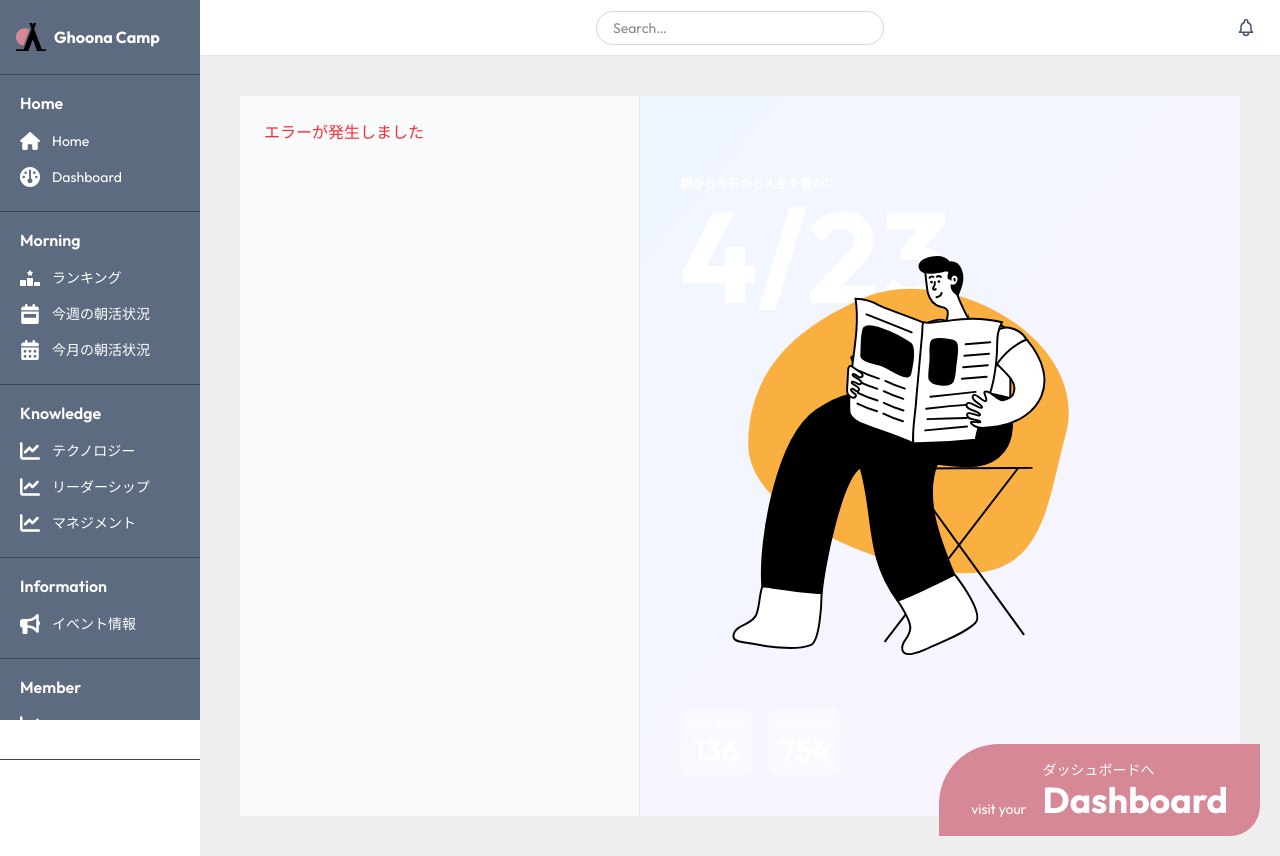
Repository: ShotaGhoona/ghoonacamp_platform
Page: /
These files come from the project's save history. The page is drawn as it stood at one moment and after the next save; the edit follows.
The browser window is 1280 px wide. The pictures show the whole page.
The page's requests for data from a server got no answer. The project was rebuilt for these pictures with package versions that can differ from the ones it lists, and the page was loaded fresh each time. The framework's server and built-in components were replaced by stand-ins that run in the browser. No one was signed in, and anything a server would have sent is missing. Also part of the build but not shown: next.config.js.

Above is the page before, as saved 2025-04-25 14:19:26.

### src/app/layout.tsx
import type { Metadata } from 'next';
import { Outfit } from 'next/font/google';
import './globals.css';
import Sidebar from '@/components/display/sidebar';
import Header from '@/components/display/header';
import { AuthProvider } from './providers';

const outfit = Outfit({ subsets: ['latin'] });

export const metadata: Metadata = {
  title: 'Ghoona Camp',
  description: 'Ghoona Camp Platform',
};

export default function RootLayout({
  children,
}: {
  children: React.ReactNode;
}) {
  return (
    <html lang="ja">
      <body className={outfit.className}>
        <AuthProvider>
          <div className="flex">
            <div className="w-[200px] transition-all duration-300">
              <Sidebar />
            </div>
            <div className="flex-1 flex flex-col min-h-screen">
              <Header />
              <main className=" bg-[#EEEEEE] flex-1 px-10 py-10">{children}</main>
            </div>
          </div>
        </AuthProvider>
      </body>
    </html>
  );
}

### src/app/page.tsx
import IndexPage from "@/features/home/home/display/index";

export default function Home() {
  return (
    <IndexPage />
  );
}

### src/components/display/sidebar.tsx
'use client';

import Link from 'next/link';
import { usePathname } from 'next/navigation';
import clsx from 'clsx';

const groups: { title: string; links: { href: string; label: string; icon: string }[] }[] = [
  {
    title: 'Home',
    links: [
      { href: '/home', label: 'Home', icon: '/svg/sidebarIcon/home.svg' },
      { href: '/home/dashboard', label: 'Dashboard', icon: '/svg/sidebarIcon/dashboard.svg' },
    ],
  },
  {
    title: 'Morning',
    links: [
      { href: '/morning/ranking', label: 'ランキング', icon: '/svg/sidebarIcon/ranking.svg' },
      { href: '/morning/weekend', label: '今週の朝活状況', icon: '/svg/sidebarIcon/week.svg' },
      { href: '/morning/month', label: '今月の朝活状況', icon: '/svg/sidebarIcon/month.svg' },
    ],
  },
  {
    title: 'Knowledge',
    links: [
      { href: '/knowledge/tech', label: 'テクノロジー', icon: '/svg/sidebarIcon/analysis.svg' },
      { href: '/knowledge/leadership', label: 'リーダーシップ', icon: '/svg/sidebarIcon/analysis.svg' },
      { href: '/knowledge/management', label: 'マネジメント', icon: '/svg/sidebarIcon/analysis.svg' },
    ],
  },
  {
    title: 'Information',
    links: [{ href: '/information/events', label: 'イベント情報', icon: '/svg/sidebarIcon/externalEvents.svg' }],
  },
  {
    title: 'Member',
    links: [{ href: '/members', label: 'GhoonaCamper', icon: '/svg/sidebarIcon/analysis.svg' }],
  },
];

export default function Sidebar() {
  const pathname = usePathname();

  return (
    <aside className="w-full h-screen bg-[#5D6B80] text-white">
      <div className="flex items-center gap-2 h-[75px] px-4 border-b border-[#374559]">
        <img src="/svg/logo.svg" alt="Ghoona Camp" className="w-[30px] h-[30px]" />
        <span className="font-bold">Ghoona Camp</span>
      </div>

      <nav>
        {groups.map((g) => (
          <div key={g.title} className="border-b border-[#374559] px-[20px] py-4">
            <p className="text-base font-semibold mb-2">
              {g.title}
            </p>
            {g.links.map((l) => (
              <Link
                key={l.href}
                href={l.href}
                className={clsx(
                  'flex items-center gap-3 py-2 text-sm',
                  pathname === l.href
                    ? 'bg-primary text-white'
                    : 'hover:bg-slate-600'
                )}
              >
                <img src={l.icon} alt={l.label} className="w-[20px] h-[20px]" />
                <span>{l.label}</span>
              </Link>
            ))}
          </div>
        ))}
      </nav>
    </aside>
  );
}

### src/components/display/header.tsx
'use client';

import Image from 'next/image';
import { useSession } from 'next-auth/react';

export default function Header() {
  const { data: session } = useSession();

  return (
    <header className="flex items-center justify-between h-14 px-6 border-b border-slate-200 bg-white">
      {/* 空白をあけて中央に検索バーを置くレイアウト */}
      <div className="flex-1" />

      <div className="flex-1 flex justify-center">
        {/* ダミー検索バー */}
        <input
          type="text"
          placeholder="Search…"
          className="w-72 rounded-full border border-slate-300 px-4 py-1.5 text-sm focus:outline-primary"
        />
      </div>

      <div className="flex-1 flex justify-end items-center gap-4">
        {/* 通知ベルなど置く予定ならここ */}
        <button className="relative">
          <span className="sr-only">Notifications</span>
          <svg
            className="w-5 h-5 text-slate-600"
            fill="none"
            stroke="currentColor"
            strokeWidth={1.8}
            viewBox="0 0 24 24"
          >
            <path
              strokeLinecap="round"
              strokeLinejoin="round"
              d="M15 17h5l-1.405-1.405A2.032 2.032 0 0118 14.158V11a6.002 6.002 0 00-4-5.659V4a2 2 0 10-4 0v1.341C7.67 6.165 6 8.388 6 11v3.159c0 .538-.214 1.055-.595 1.436L4 17h5m6 0v1a3 3 0 11-6 0v-1m6 0H9"
            />
          </svg>
        </button>

        {/* ユーザー情報 */}
        {session?.user && (
          <div className="flex items-center gap-3">
            <span className="text-sm font-medium text-slate-700">
              {session.user.name}
            </span>
            <Image
              src={session.user.image || "/avatar-placeholder.png"}
              alt={session.user.name || "Avatar"}
              width={32}
              height={32}
              className="rounded-full ring-1 ring-slate-300"
            />
          </div>
        )}
      </div>
    </header>
  );
}

### src/features/home/home/display/index.tsx
// コンポーネント
import Hero from "./hero";
import LeftNotice from "./leftNotice";

export default function IndexPage() {
  return (
    <div className="min-h-screen flex">
      {/* 左側: お知らせ */}
      <div className="w-[400px] h-screen bg-gray-50 border-r border-gray-200">
        <LeftNotice />
      </div>

      {/* 右側: メインコンテンツ */}
      <div className="flex-1 h-screen bg-gradient-to-br from-blue-50 to-purple-50">
        <Hero />
      </div>
    </div>
  );
}

### src/features/home/home/display/hero.tsx
// コンポーネント
import CornerCta from "../components/cornerCta";
// ページ遷移
import Link from "next/link";


export default function Hero() {
  return (
    <div className="w-full h-full p-10 flex flex-col justify-between relative">
        <div className="flex-1 text-white mt-10">
                <p className="text-xs font-bold">朝から今日から人生を豊かに</p>
                <p className="text-9xl font-bold">4/23</p>
        </div>
        <div className="flex gap-4">
            <div className="flex flex-col bg-[#ffffff55] rounded-[10px] p-2 text-white items-center">
                <p className="text-xs">Your count</p>
                <p className="text-3xl font-bold">136</p>
            </div>
            <div className="flex flex-col bg-[#ffffff55] rounded-[10px] p-2 text-white items-center">
                <p className="text-xs">Population</p>
                <p className="text-3xl font-bold">754</p>
            </div>
        </div>
        <div className="absolute right-20 top-0 h-full">
            <img src="/svg/hero.svg" alt="tier1" className="w-full h-full" />
        </div>
        <Link href="/dashboard" className="absolute -bottom-5 -right-5 flex flex-col gap-4">
            <CornerCta  color="D68897"  text="Dashboard"  subText="ダッシュボードへ" subText2="visit your" />
        </Link>
    </div>
  );
}

### src/features/home/home/display/leftNotice.tsx
'use client';

import { useSystemNoticeList } from '../hooks/useSystemNoticeList';

export default function LeftNotice() {
  const { notices, isLoading, error } = useSystemNoticeList();

  if (isLoading) {
    return (
      <div className="h-screen p-6">
        <p>読み込み中...</p>
      </div>
    );
  }

  if (error) {
    return (
      <div className="h-screen p-6">
        <p className="text-red-500">エラーが発生しました</p>
      </div>
    );
  }

  return (
    <div className="h-screen flex flex-col">
      {/* ヘッダー部分 - 固定 */}
      <div className="p-6 border-b border-gray-200 bg-white">
        <h2 className="text-xl font-bold text-gray-700">運営からのお知らせ</h2>
      </div>

      {/* 通知一覧 - スクロール可能 */}
      <div className="flex-1 overflow-y-auto p-6 space-y-4">
        {notices.map((notice) => (
          <div
            key={notice.id}
            className="bg-white rounded-lg p-6 shadow-sm hover:shadow-md transition-shadow cursor-pointer"
          >
            <div className="flex items-center gap-2 mb-2">
              {notice.tags.map(({ tag }) => (
                <span
                  key={tag.id}
                  className="text-xs px-2 py-1 rounded"
                  style={{ backgroundColor: tag.color + '20', color: tag.color }}
                >
                  {tag.name}
                </span>
              ))}
            </div>
            <h3 className="text-lg font-bold text-gray-800 mb-2">{notice.title}</h3>
            <p className="text-gray-600 line-clamp-2">{notice.content}</p>
          </div>
        ))}
      </div>
    </div>
  );
}

### src/features/home/home/components/cornerCta.tsx
export default function CornerCta(
    { color, text, subText, subText2 }: { color: string; text: string; subText: string; subText2: string }
) {
  return (
    <div
      style={{ backgroundColor: `#${color}` }}
      className="px-8 py-4 rounded-tl-[60px] rounded-br-[30px] text-white flex items-end gap-4 cursor-pointer hover:opacity-90 transition-opacity"
    >
        <div>
            <span className="text-sm">{subText2}</span>
        </div>
        <div className="flex flex-col">
            <span className="text-sm">{subText}</span>
            <span className="text-4xl font-bold">{text}</span>
        </div>
    </div>
  );
}

### src/features/home/home/hooks/useSystemNoticeList.ts
'use client';

import { useEffect, useState } from 'react';

export type SystemNotice = {
  id: number;
  title: string;
  content: string;
  imageUrl: string | null;
  isPublic: boolean;
  publishStartAt: Date;
  publishEndAt: Date;
  createdAt: Date;
  updatedAt: Date;
  deletedAt: Date | null;
  tags: {
    tag: {
      id: number;
      name: string;
      color: string;
    }
  }[];
};

export const useSystemNoticeList = () => {
  const [notices, setNotices] = useState<SystemNotice[]>([]);
  const [isLoading, setIsLoading] = useState(true);
  const [error, setError] = useState<Error | null>(null);

  useEffect(() => {
    const fetchNotices = async () => {
      try {
        const response = await fetch('/api/system-notices');
        if (!response.ok) {
          throw new Error('通知の取得に失敗しました');
        }
        const data = await response.json();
        setNotices(data);
      } catch (err) {
        setError(err instanceof Error ? err : new Error('Unknown error'));
      } finally {
        setIsLoading(false);
      }
    };

    fetchNotices();
  }, []);

  return { notices, isLoading, error };
};

### src/features/home/home/display/member.tsx
// コンポーネント
import CornerCta from "../components/cornerCta";
// ページ遷移
import Link from "next/link";


export default function Hero() {
  return (
    <div className="w-full h-full p-10 flex flex-col justify-between relative">

        <p className="text-4xl text-[#5D6B80] font-bold">Member</p>
        <p className="text-8xl text-[#5D6B80] font-bold">765<span className="text-4xl">人</span></p>
        <img src="/svg/jpmap.svg" alt="jpmap" className="absolute top-1/2 left-1/2 -translate-x-1/2 -translate-y-1/2 w-[80%] max-h-[80%] " />
        <Link href="/dashboard" className="absolute -bottom-5 -right-5 flex flex-col gap-4">
            <CornerCta  color="5D6B80"  text="Friends"  subText="友達を招待" subText2="invite your" />
        </Link>
    </div>
  );
}

Loaded but not shown: src/app/globals.css (common file); src/app/providers.tsx (common file)

After the next save:
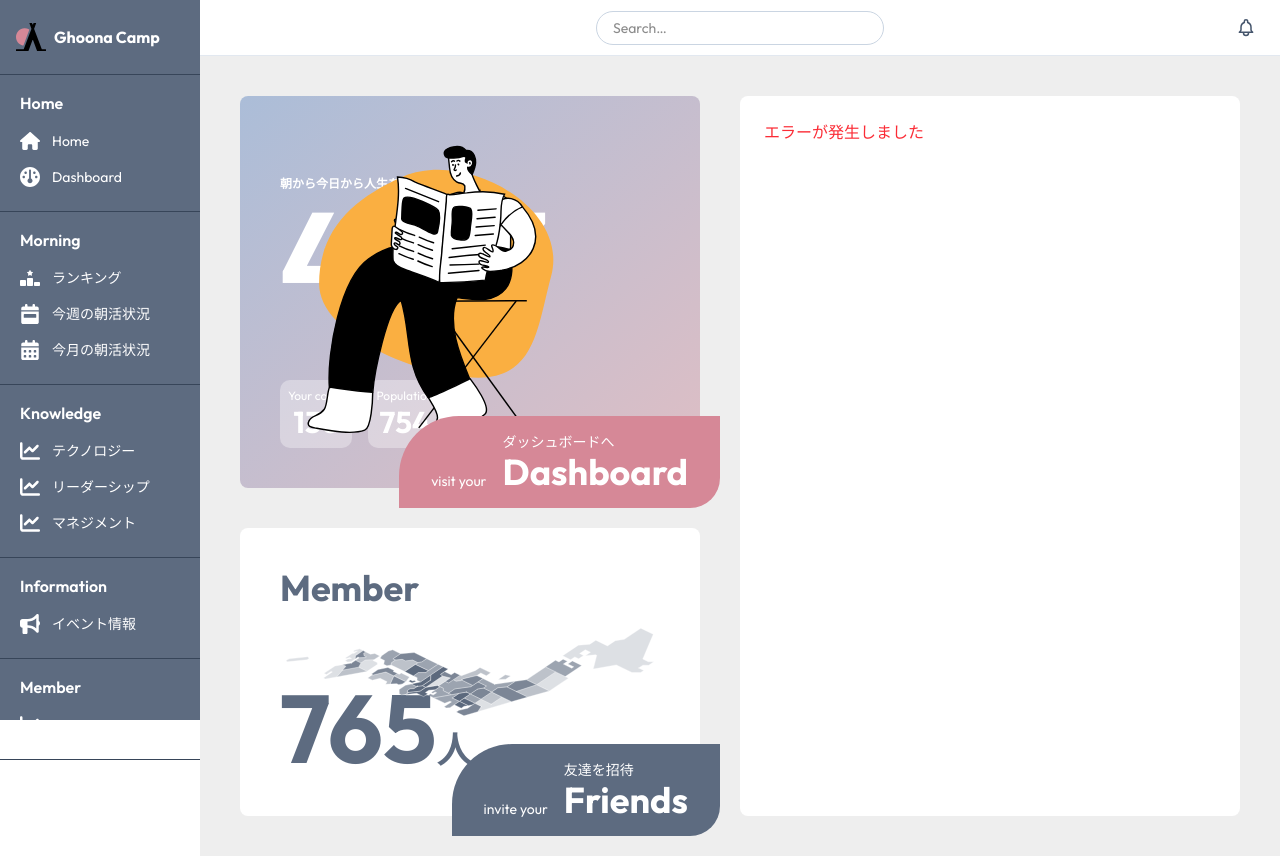
Saved 19 s later.
--- a/src/features/home/home/display/index.tsx
+++ b/src/features/home/home/display/index.tsx
@@ -1,18 +1,21 @@
 // コンポーネント
 import Hero from "./hero";
+import Member from "./member";
 import LeftNotice from "./leftNotice";
 
 export default function IndexPage() {
   return (
-    <div className="min-h-screen flex">
-      {/* 左側: お知らせ */}
-      <div className="w-[400px] h-screen bg-gray-50 border-r border-gray-200">
+    <div className="flex gap-10 h-full">
+      <div className="flex-1 flex flex-col gap-10 h-full rounded-lg">
+        <div className="flex-1 flex flex-col bg-gradient-to-br from-[#ABBDD8] to-[#DFBEC4] rounded-lg">
+          <Hero />
+        </div>
+        <div className="w-full h-[40%] bg-white rounded-lg">
+          <Member />
+        </div>
+      </div>
+      <div className="w-[500px] h-full bg-white rounded-lg">
         <LeftNotice />
-      </div>
-
-      {/* 右側: メインコンテンツ */}
-      <div className="flex-1 h-screen bg-gradient-to-br from-blue-50 to-purple-50">
-        <Hero />
       </div>
     </div>
   );
